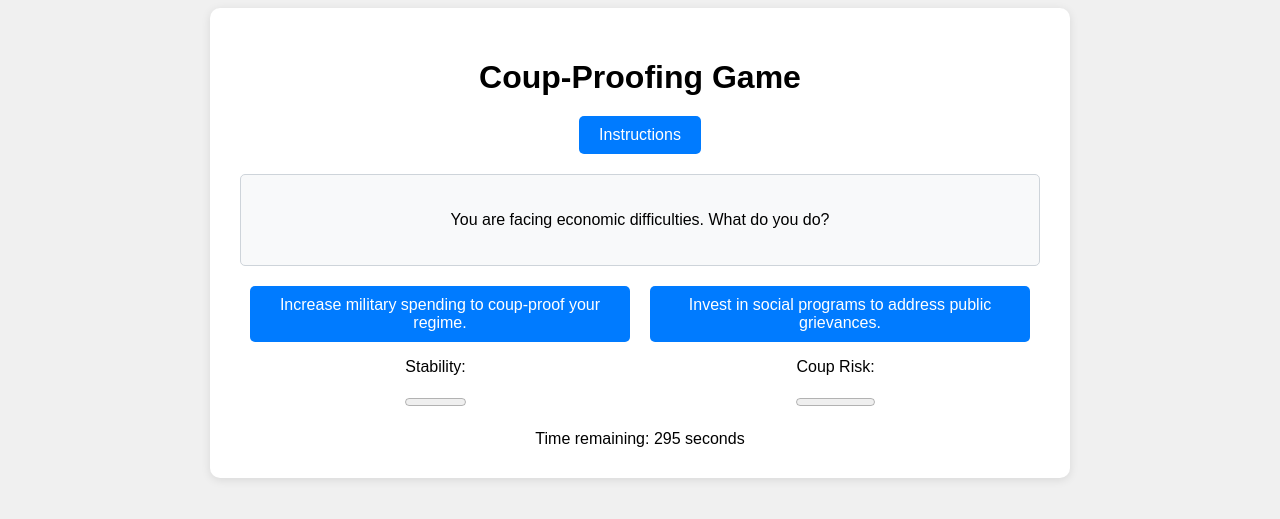
Repository: tyfeeney/Coup-Proofing-Alpha
Page: index.html
These files come from the project's save history. The page is drawn as it stood at one moment and after the next save; the edit follows.
The browser window is 1280 px wide. The pictures show the whole page.

Above is the page before, as saved 2023-04-25 21:50:42.

After the next save:
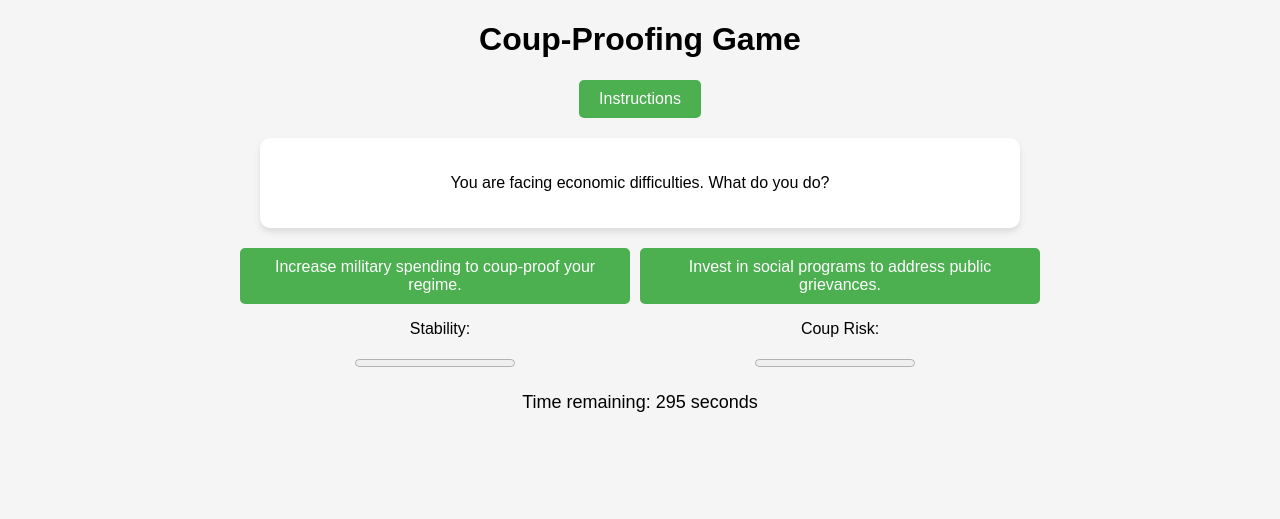
Saved 52 s later.
--- a/index.html
+++ b/index.html
@@ -3,7 +3,7 @@
 <head>
   <meta charset="UTF-8">
   <meta name="viewport" content="width=device-width, initial-scale=1.0">
-  <link rel="stylesheet" href="styles.css">
+  <link rel="stylesheet" href="styles2.css">
   <title>Coup Proofing  Game</title>
 </head>
 <body>

After the save that followed:
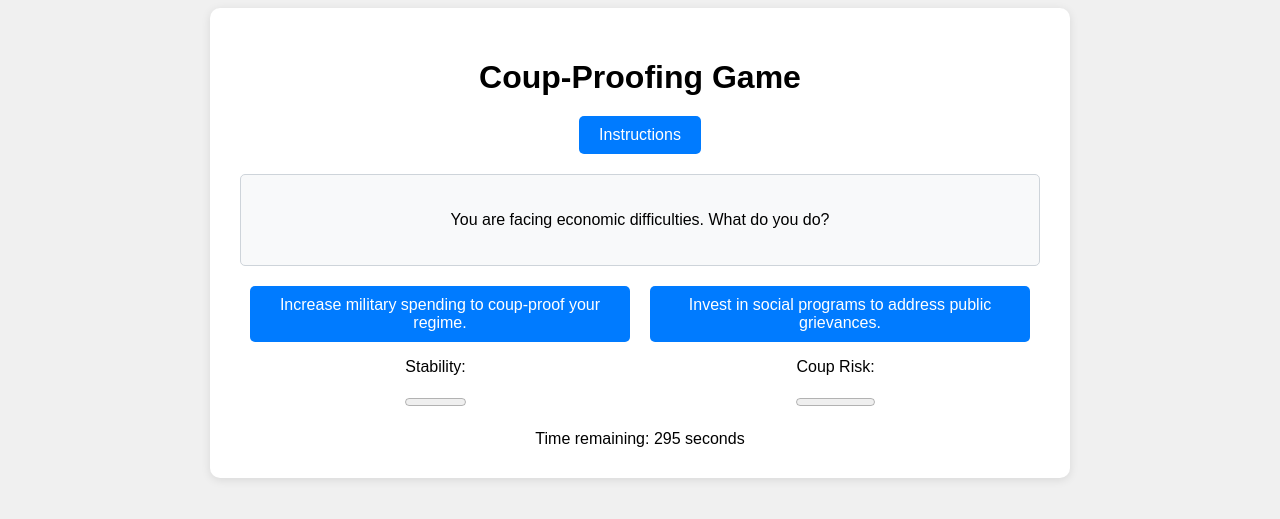
Saved 11 s later.
--- a/index.html
+++ b/index.html
@@ -3,7 +3,7 @@
 <head>
   <meta charset="UTF-8">
   <meta name="viewport" content="width=device-width, initial-scale=1.0">
-  <link rel="stylesheet" href="styles2.css">
+  <link rel="stylesheet" href="styles.css">
   <title>Coup Proofing  Game</title>
 </head>
 <body>
